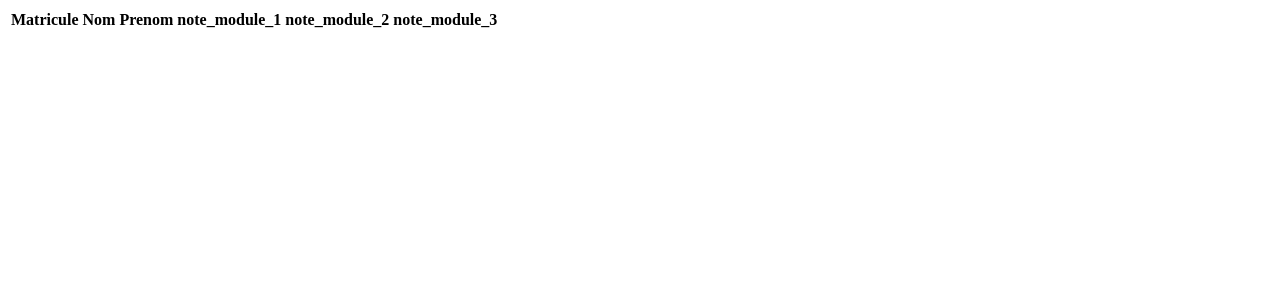
Repository: tt5300447/parakeet
Page: http://localhost/
The author's editor kept a copy of each file at every save. The page is drawn from the files as they stood at one save, then again after the next save.
The browser window is 1280 px wide. The pictures show the whole page.
The page is run by PHP 8.4 with error messages shown; the project is at /var/www/html/. Queries for data that is not in the repository find no rows.

Above is the page before, as saved 2022-06-19 15:47:17.

After the next save:
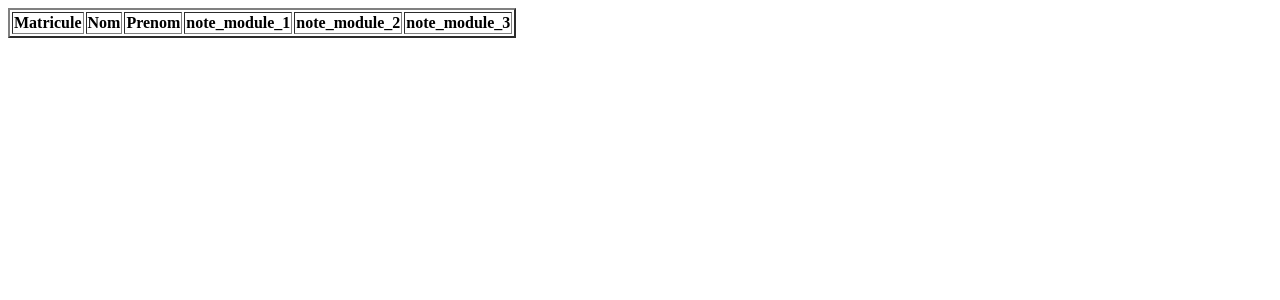
Saved 7 s later.
--- a/Copier/htdocs/Liste/index.php
+++ b/Copier/htdocs/Liste/index.php
@@ -24,7 +24,7 @@ echo "Failed to connect to MySQL: " . mysqli_connect_error();
 
 $result = $conn->query("SELECT * FROM Etudiant");
 
-echo "<table border='0.5'>
+echo "<table border='2'>
 <tr>
 <th>Matricule</th>
 <th>Nom</th>
